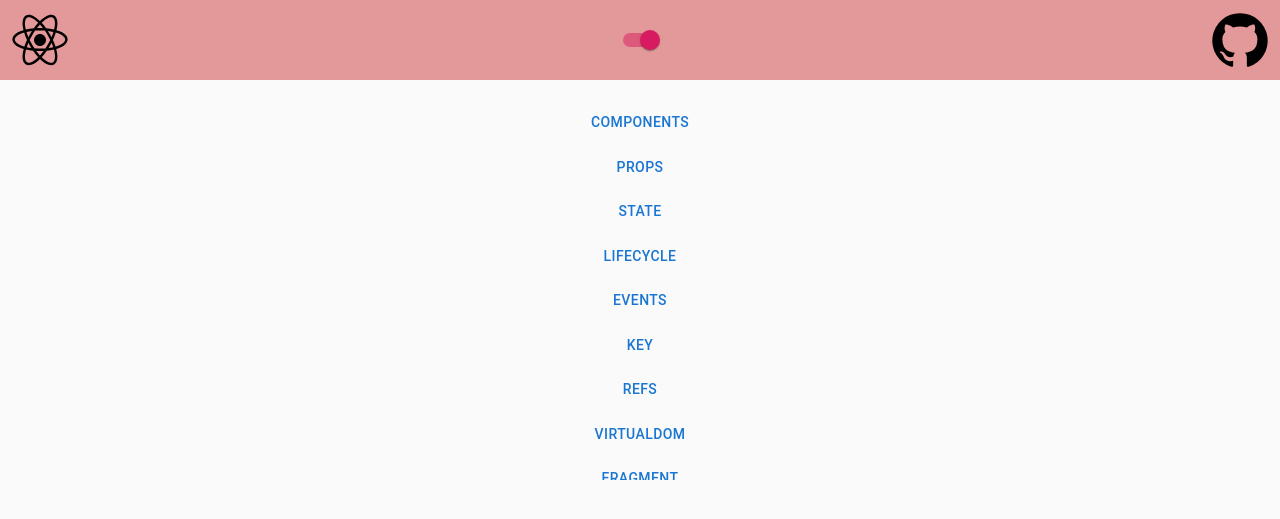
Repository: savannaaaas/reactDocumentation
Page: /topic
These files come from the project's save history. The page is drawn as it stood at one moment and after the next save; the edit follows.
The browser window is 1280 px wide. The pictures show the whole page.
An inner scrolling area shows only its first screen. The project was rebuilt for these pictures with package versions that can differ from the ones it lists, and the page was loaded fresh each time. Also part of the build but not shown: vite.config.js, src/pages/welcomePage/WelcomeButton/WelcomeButton.jsx, src/pages/welcomePage/Content/ContentWelcome.jsx, src/pages/welcomePage/WelcomePage.jsx, src/pages/componentPage/ComponentPage.jsx.

Above is the page before, as saved 2025-07-18 19:31:49.

### index.html
<!DOCTYPE html>
<html lang="en" data-theme="light">
  <head>
    <meta charset="UTF-8" />
    <link rel="icon" type="image/svg+xml" href="/vite.svg" />
    <meta name="viewport" content="width=device-width, initial-scale=1.0" />
    <title>NoteBook</title>
  </head>
  <body>
    <div id="root"></div>
    <script type="module" src="/src/main.jsx"></script>
  </body>
</html>

### src/main.jsx
import { StrictMode } from "react";
import { createRoot } from "react-dom/client";
import App from "./App.jsx";
import { ThemeProvider } from "./providers/ThemeProvider.jsx";
import "./index.scss";
import { BrowserRouter } from "react-router";

createRoot(document.getElementById("root")).render(
  <StrictMode>
    <ThemeProvider>
      <BrowserRouter>
        <App />
      </BrowserRouter>
    </ThemeProvider>
  </StrictMode>
);

### src/App.jsx
import { Routes, Route } from "react-router";

import { WelcomePage } from "./pages/welcomePage/WelcomePage";
import { TopicPage } from "./pages/topicPage/TopicPage";
import { ComponentPage } from "./pages/componentPage/ComponentPage";

import "./index.scss";

function App() {
  return (
    <Routes>
      <Route path="/" element={<WelcomePage />} />
      <Route path="/topic" element={<TopicPage />}>
        <Route path="components" element={<ComponentPage />} />
      </Route>
    </Routes>
  );
}

export default App;

### src/providers/ThemeProvider.jsx
import { useEffect, useState } from "react";
import { themes, ThemeContext } from "../contexts/ThemeContext";
const getTheme = () => {
  const theme = `${window?.localStorage.getItem("theme")}`; //получаем тему из хранилища
  if (Object.values(themes).includes(theme)) {
    //если тема такая есть возвращаем
    return theme;
  } //если в хранилище нет смотрим какую тему пользователь предпочитает
  const userMedia = window.matchMedia("(prefers-color-scheme: light)"); //проверяем предпочитает пользователь светлую тему если да возвр
  if (userMedia.matches) return themes.light;
  return themes.dark; //иначе темная
};
export const ThemeProvider = ({ children }) => {
  const [theme, setTheme] = useState(getTheme);
  useEffect(() => {
    document.documentElement.dataset.theme = theme; // добавляем атрибут data-theme на <html>
    localStorage.setItem("theme", theme); //устанавливаем и сохраняем текущую тему
  }, [theme]);
  return (
    <ThemeContext.Provider value={{ theme, setTheme }}>
      {children}
    </ThemeContext.Provider>
  );
};

### src/index.scss
*{
  padding: 0;
  margin: 0;
  box-sizing: border-box;
}
body {
  background-color: var(--background-color);
}

:root[data-theme="light"] {
  --background-color: #fafafa;
}

:root[data-theme="dark"] {
  --background-color: #313139;
}

[data-theme="light"] {
 .navigation{

 }

}
[data-theme="dark"] {
  .navigation{

  }

}

### src/pages/topicPage/TopicPage.jsx
import { Header } from "../welcomePage/Header/Header";
import { Navigation } from "../../components/Navigation/Navigation";
export const TopicPage = () => {
  return (
    <>
      <Header />
      <Navigation />
    </>
  );
};

### src/contexts/ThemeContext.jsx
import { createContext } from "react";
export const themes = {
  dark: "dark",
  light: "light",
};

export const ThemeContext = createContext({});

### src/pages/welcomePage/Header/Header.jsx
import { useContext } from "react";
import GitHubIcon from "@mui/icons-material/GitHub";
import reactLogo from "../../../assets/react.svg";
import { Image } from "../../../components/Image/Image";
import { Toggle } from "../../../components/Toggle/Toggle";
import "../index.scss";

export const Header = () => {
  return (
    <div className="header">
      <Image src={reactLogo} alt="React logo" style={{ width: "60px" }} />
      <Toggle />
      <GitHubIcon sx={{ fontSize: "60px" }} />
    </div>
  );
};

### src/pages/welcomePage/index.scss
$light-color: rgb(242, 118, 138);
$dark-color : #ffffff;

.header {
  background-color: rgb(227, 153, 153);
  display: flex;
  flex-direction: row;
  align-items: center;
  justify-content: space-between;
  padding: 10px;
  width: 100%;
}


.base-content {
  position: relative;
  display: flex;
  flex-direction: column;
  justify-content: center;
  align-items: center;
  gap: 100px;
  color: rgb(242, 118, 138);

  p {
    a {
      color: rgb(242, 118, 138);
      text-decoration: none;
    }
  }
}


.welcome-page {
  position: relative;
  display: flex;
  flex-direction: column;
  gap: 100px;
  justify-content: center;
  align-items: center;
}

.welcome-button{
  padding: 10 30px;
  width: 170px;
  border-radius: 30px;
}
[data-theme="light"] {
  .base-content {
    color: $light-color;

    p {
      a {
        color: $light-color;
      }
    }
  }
  .welcome-button{
    background-color: rgb(245, 60, 91);
    color: white;
  }
}

[data-theme="dark"] {
  .base-content {
    color: $dark-color;

    p {
      a {
        color: $dark-color;
      }
    }
  }
  .welcome-button{
    background-color: white;
    color: rgb(245, 60, 91);
  }
}

### src/components/Navigation/Navigation.jsx
import { Button } from "../Button/Button";
import "../../index.scss";
import { Box, List, ListItem } from "@mui/material";
import { NavLink } from "react-router";

export const Navigation = () => {
  return (
    <Box sx={{ maxHeight: "400px", overflowY: "auto", p: 2 }}>
      <List sx={{ display: "flex", flexDirection: "column", gap: 1 }}>
        <ListItem disablePadding>
          <Button component={NavLink} to="/topic/components" fullWidth>
            Components
          </Button>
        </ListItem>
        <ListItem disablePadding>
          <Button component={NavLink} to="/topic/props" fullWidth>
            Props
          </Button>
        </ListItem>
        <ListItem disablePadding>
          <Button component={NavLink} to="/topic/state" fullWidth>
            State
          </Button>
        </ListItem>
        <ListItem disablePadding>
          <Button component={NavLink} to="/topic/lifecycle" fullWidth>
            Lifecycle
          </Button>
        </ListItem>
        <ListItem disablePadding>
          <Button component={NavLink} to="/topic/events" fullWidth>
            Events
          </Button>
        </ListItem>
        <ListItem disablePadding>
          <Button component={NavLink} to="/topic/key" fullWidth>
            Key
          </Button>
        </ListItem>
        <ListItem disablePadding>
          <Button component={NavLink} to="/topic/refs" fullWidth>
            Refs
          </Button>
        </ListItem>
        <ListItem disablePadding>
          <Button component={NavLink} to="/topic/virtual-dom" fullWidth>
            VirtualDOM
          </Button>
        </ListItem>
        <ListItem disablePadding>
          <Button component={NavLink} to="/topic/fragment" fullWidth>
            Fragment
          </Button>
        </ListItem>
        <ListItem disablePadding>
          <Button component={NavLink} to="/topic/react-memo" fullWidth>
            React.Memo
          </Button>
        </ListItem>
        <ListItem disablePadding>
          <Button component={NavLink} to="/topic/useEffect" fullWidth>
            useEffect
          </Button>
        </ListItem>
        <ListItem disablePadding>
          <Button component={NavLink} to="/topic/useContext" fullWidth>
            useContext
          </Button>
        </ListItem>
        <ListItem disablePadding>
          <Button component={NavLink} to="/topic/useMemo" fullWidth>
            useMemo
          </Button>
        </ListItem>
        <ListItem disablePadding>
          <Button component={NavLink} to="/topic/router" fullWidth>
            Router
          </Button>
        </ListItem>
      </List>
    </Box>
  );
};

### src/components/Button/Button.jsx
import ButtonCustom from "@mui/material/Button";
export const Button = ({ children, ...props }) => {
  return <ButtonCustom {...props}>{children}</ButtonCustom>;
};

### src/components/Image/Image.jsx
export const Image = ({ children, ...props }) => {
  return <img {...props}>{children}</img>;
};

### src/components/Toggle/Toggle.jsx
import { useContext } from "react";
import { ThemeContext } from "../../contexts/ThemeContext";
import { alpha, styled } from "@mui/material/styles";
import { grey, pink } from "@mui/material/colors";
import { themes } from "../../contexts/ThemeContext";
import Switch from "@mui/material/Switch";
export const Toggle = () => {
  const { theme, setTheme } = useContext(ThemeContext);
  const ThemeSwitch = styled(Switch)(({ theme }) => ({
    "& .MuiSwitch-switchBase": {
      color: grey[600],
      "&:hover": {
        backgroundColor: alpha(grey[600], theme.palette.action.hoverOpacity),
      },
    },
    "& .MuiSwitch-track": {
      backgroundColor: grey[600],
    },
    "& .MuiSwitch-switchBase.Mui-checked": {
      color: pink[600],
      "&:hover": {
        backgroundColor: alpha(pink[600], theme.palette.action.hoverOpacity),
      },
    },
    "& .MuiSwitch-switchBase.Mui-checked + .MuiSwitch-track": {
      backgroundColor: pink[600],
    },
  }));
  const handleChange = () => {
    if (theme === themes.light) setTheme(themes.dark);
    if (theme === themes.dark) setTheme(themes.light);
  };
  return (
    <ThemeSwitch checked={theme == themes.light} onChange={handleChange} />
  );
};

After the next save:
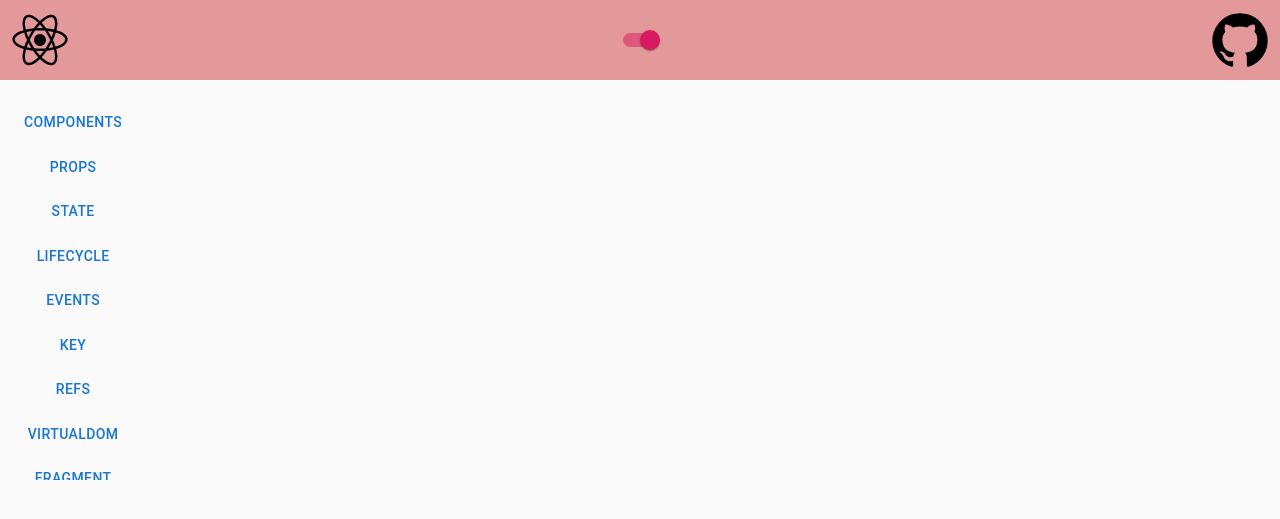
Saved 55 s later.
--- a/src/components/Navigation/Navigation.jsx
+++ b/src/components/Navigation/Navigation.jsx
@@ -5,7 +5,9 @@
 
 export const Navigation = () => {
   return (
-    <Box sx={{ maxHeight: "400px", overflowY: "auto", p: 2 }}>
+    <Box
+      sx={{ maxHeight: "400px", overflowY: "auto", p: 2, position: "fixed" }}
+    >
       <List sx={{ display: "flex", flexDirection: "column", gap: 1 }}>
         <ListItem disablePadding>
           <Button component={NavLink} to="/topic/components" fullWidth>
